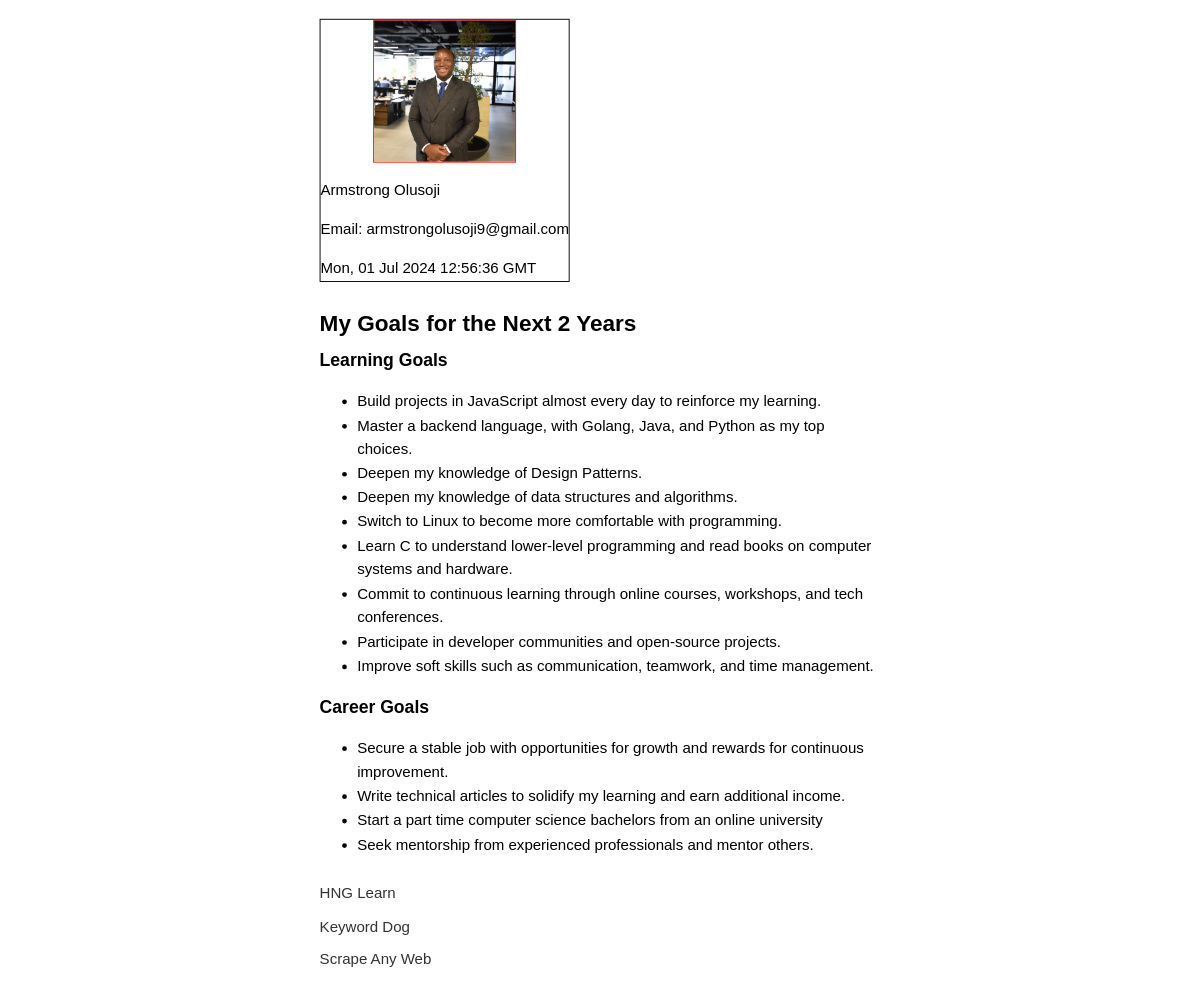
Repository: Armstrong2035/hng-project-one
Page: index.html
An editor plug-in stored every save of this project. The page is shown before and after the next save, followed by the edit.
The browser window is 1280 px wide. The pictures show the whole page, at 94% of full size.

Above is the page before, as saved 2024-07-01 16:26:34.

After the next save:
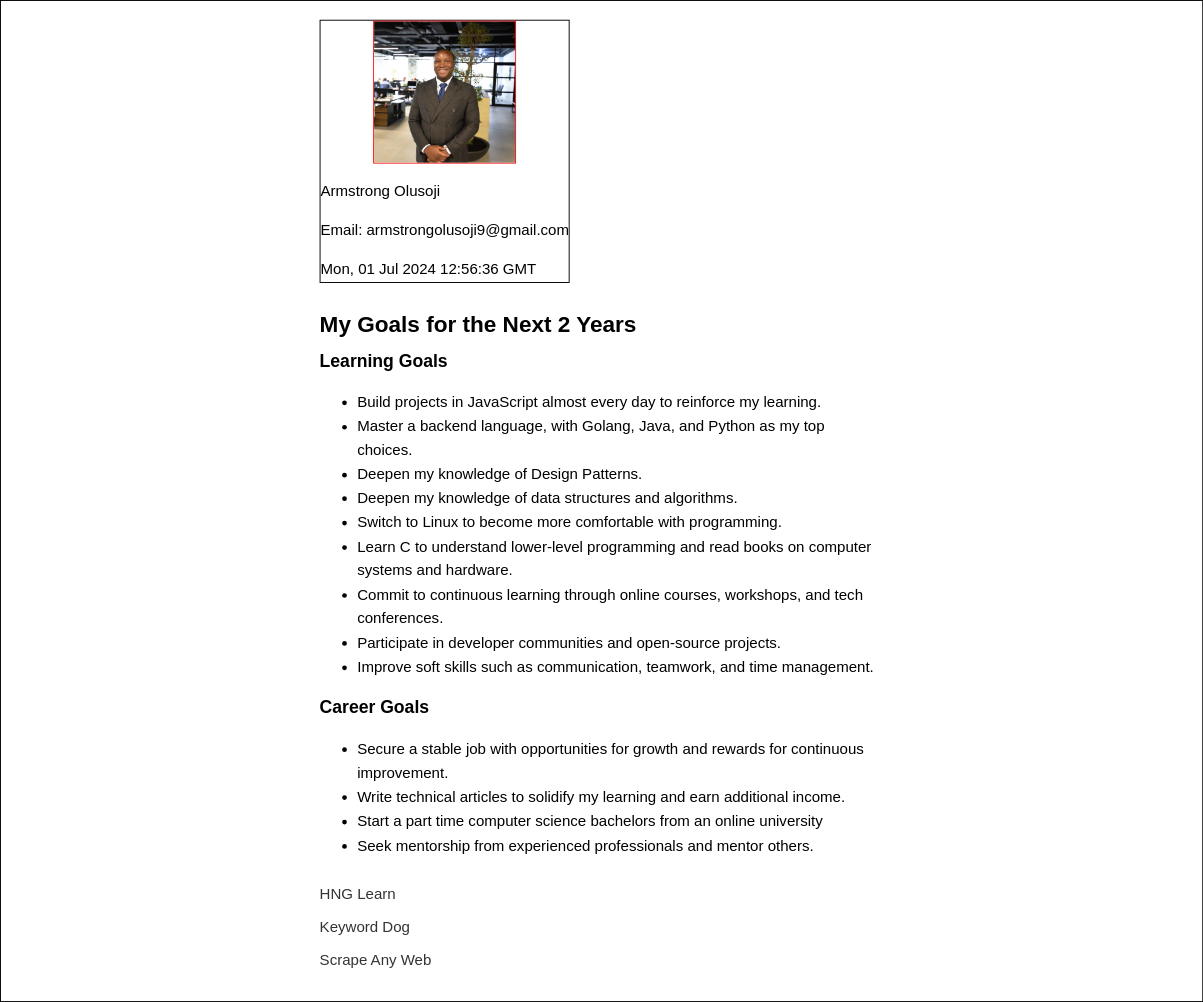
Saved 93 s later.
--- a/style.css
+++ b/style.css
@@ -3,6 +3,7 @@ body {
   line-height: 1.6;
   margin: 0;
   padding: 0;
+  border: 1px solid black;
 }
 
 #container {
